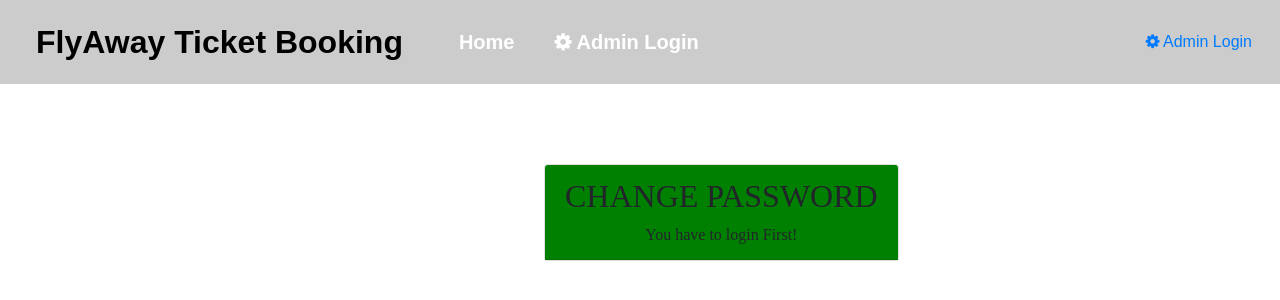
Repository: sayrabano/Phase2-project
Page: http://localhost/FlyAway/Changepassword.jsp
The author's editor kept a copy of each file at every save. The page is drawn from the files as they stood at one save, then again after the next save.
The browser window is 1280 px wide. The pictures show the whole page.
The page is served by Tomcat 9.

Above is the page before, as saved 2021-09-24 20:22:22.

After the next save:
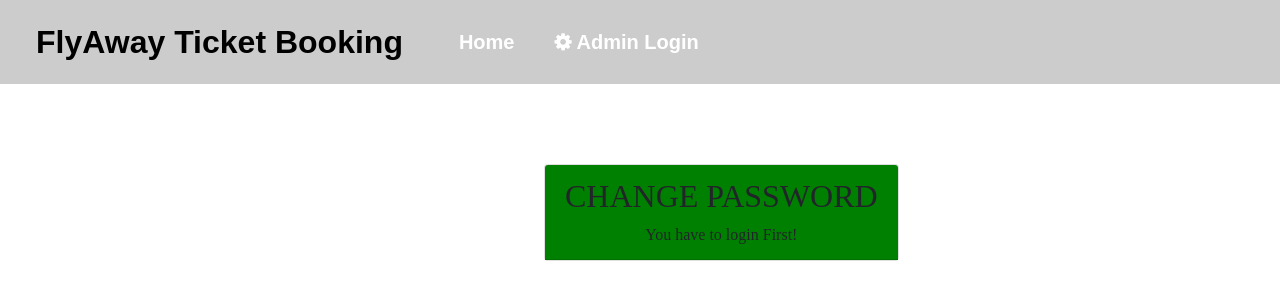
Saved 40 s later.
--- a/FlyAway/src/main/webapp/Changepassword.jsp
+++ b/FlyAway/src/main/webapp/Changepassword.jsp
@@ -116,9 +116,6 @@ font-family:'Ubuntu', sans-serif;
 
 			</ul>
 			<div id="gear">
-				<a href="Login.jsp" class="link"><i class="fa fa-gear"></i>
-					Admin Login</a>
-			</div>
 
 
 
